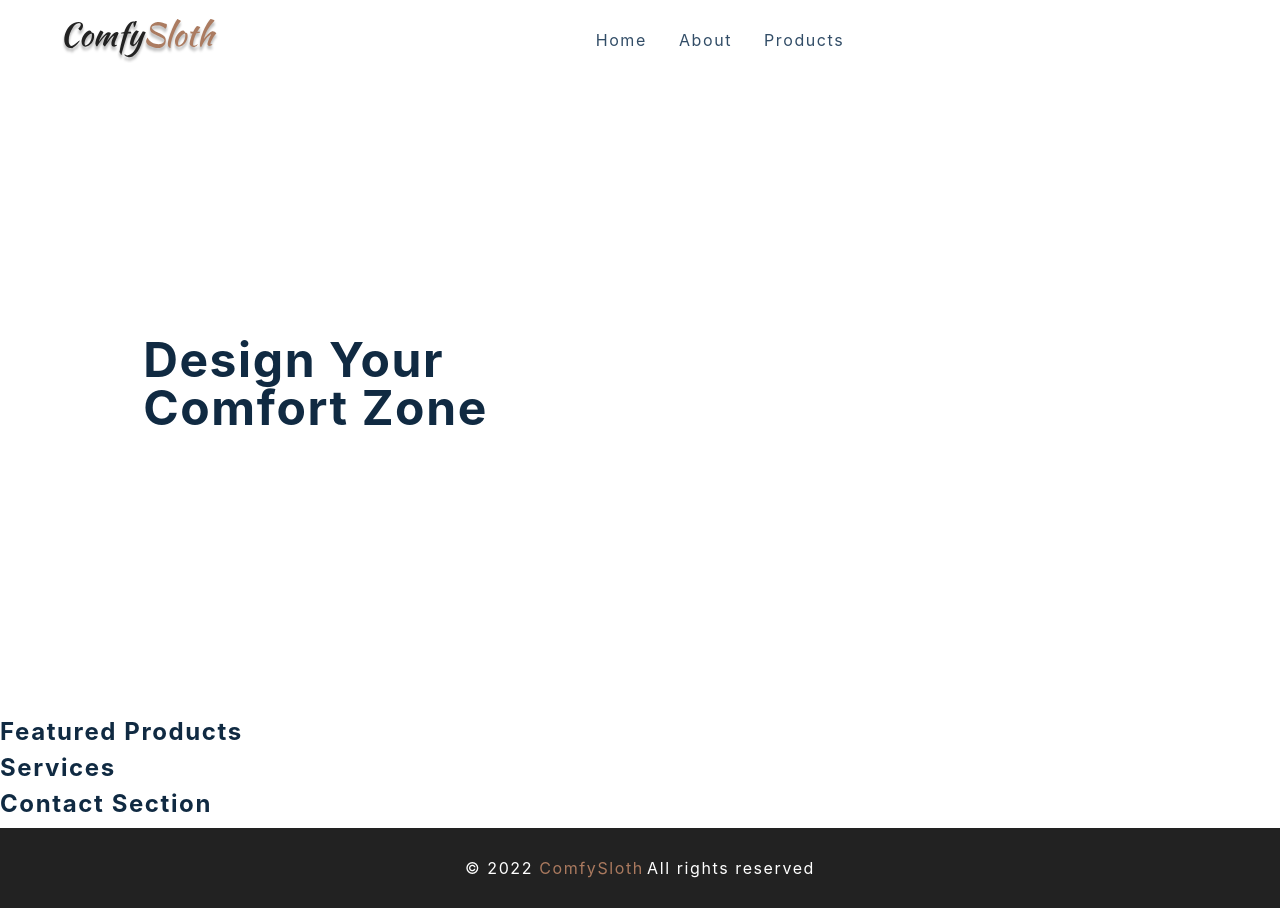
Repository: MateuszWorek/react-comfy-store
Page: /
These files come from the project's save history. The page is drawn as it stood at one moment and after the next save; the edit follows.
The browser window is 1280 px wide. The pictures show the whole page.
The project was rebuilt for these pictures with package versions that can differ from the ones it lists, and the page was loaded fresh each time. A package was used in the major version that the imports need, not the one package.json lists. Also part of the build but not shown: src/utils/constants.js, src/components/Error.js, src/components/Loading.js, src/utils/helpers.js, src/components/Product.js, src/reducers/cart_reducer.js, src/context/cart_context.js, src/context/user_context.js and 23 more. Imported but missing from the stored project, and not drawn on this page: src/components/AmountButtons.

Above is the page before, as saved 2022-07-13 21:56:14.

After the next save:
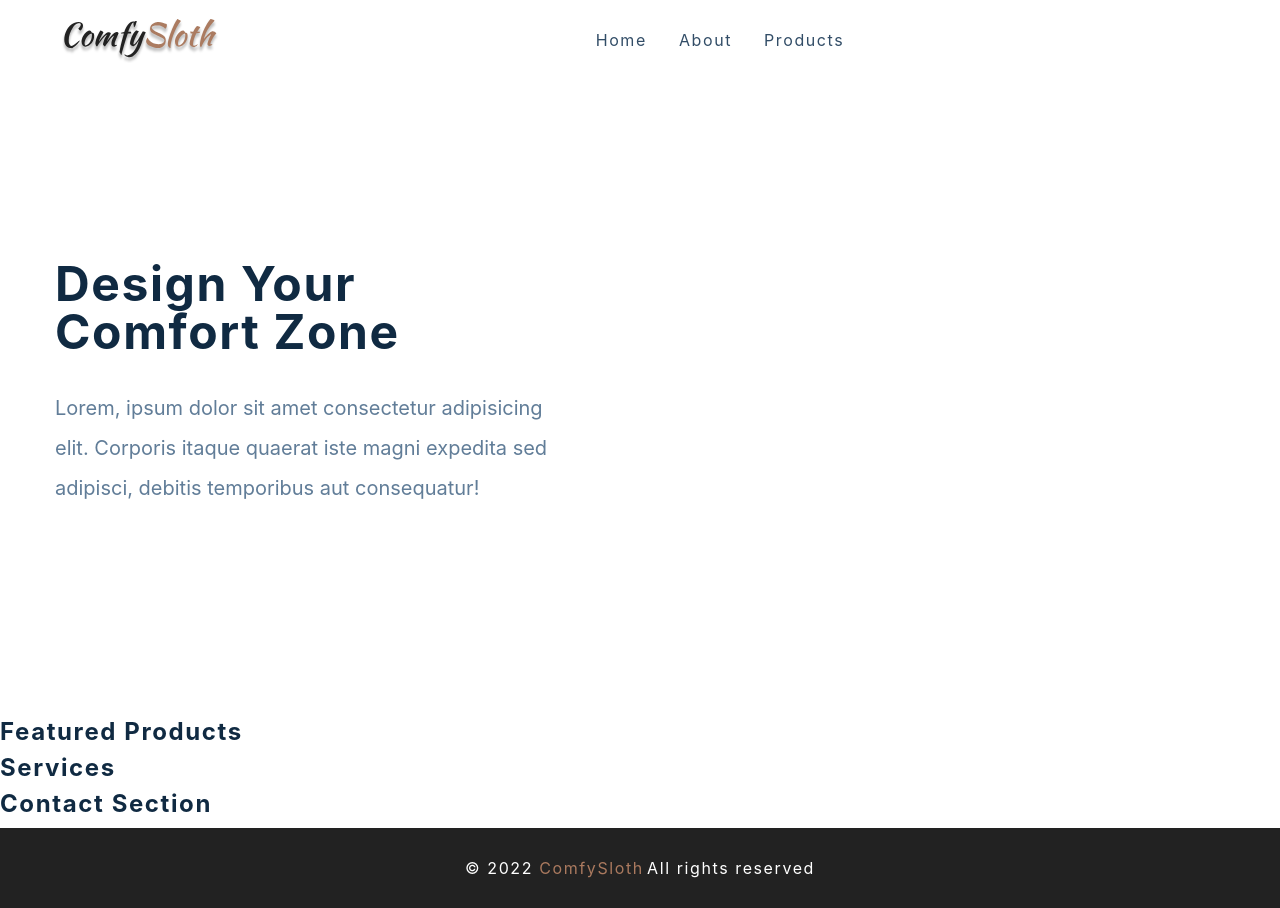
Saved 23 s later.
--- a/src/components/Hero.js
+++ b/src/components/Hero.js
@@ -12,6 +12,11 @@ const Hero = () => {
           design your <br />
           comfort zone
         </h1>
+        <p>
+          Lorem, ipsum dolor sit amet consectetur adipisicing elit. Corporis
+          itaque quaerat iste magni expedita sed adipisci, debitis temporibus
+          aut consequatur!
+        </p>
       </article>
     </Wrapper>
   );
